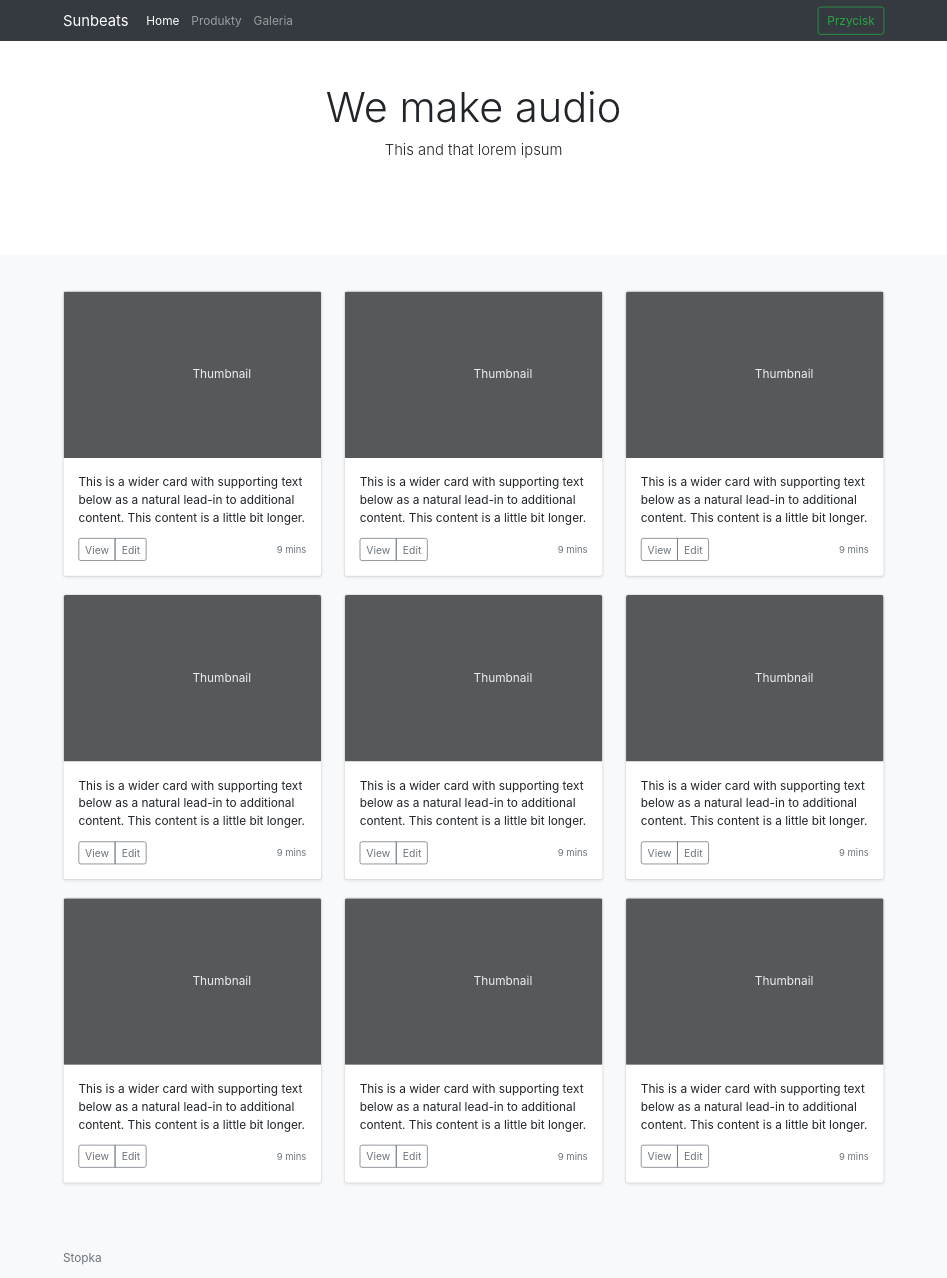
Repository: Audio-site/sunbeats
Page: index.html
These files come from the project's save history. The page is drawn as it stood at one moment and after the next save; the edit follows.
The browser window is 1280 px wide. The pictures show the whole page, at 74% of full size.

Above is the page before, as saved 2020-08-25 00:55:22.

### index.html
<!doctype html>
<html lang="en" class="h-100">
  <head>
    <meta charset="utf-8">
    <meta name="viewport" content="width=device-width, initial-scale=1, shrink-to-fit=no">
    <meta name="description" content="">
    <meta name="author" content="Mark Otto, Jacob Thornton, and Bootstrap contributors">
    <meta name="generator" content="Jekyll v4.1.1">
    <title>Sunbeats</title>

    <link rel="canonical" href="https://getbootstrap.com/docs/4.5/examples/sticky-footer-navbar/">

    <!-- Bootstrap core CSS -->
<link href="../assets/dist/css/bootstrap.min.css" rel="stylesheet">

  </head>
  <body class="d-flex flex-column h-100">
    <header>
  <!-- Fixed navbar -->
  <nav class="navbar navbar-expand-md navbar-dark fixed-top bg-dark">
    <div class="container">
    <a class="navbar-brand" href="#">Sunbeats</a>
    <button class="navbar-toggler" type="button" data-toggle="collapse" data-target="#navbarCollapse" aria-controls="navbarCollapse" aria-expanded="false" aria-label="Toggle navigation">
      <span class="navbar-toggler-icon"></span>
    </button>
    <div class="collapse navbar-collapse" id="navbarCollapse">
      <ul class="navbar-nav mr-auto">
        <li class="nav-item active">
          <a class="nav-link" href="../index.html">Home <span class="sr-only">(current)</span></a>
        </li>
        <li class="nav-item">
          <a class="nav-link" href="../products.html">Produkty</a>
        </li>
        <li class="nav-item">
          <a class="nav-link" href="#">Galeria</a>
        </li>
      </ul>
        <button class="btn btn-outline-success my-2 my-sm-0" type="submit">Przycisk</button>
    </div>
    </div>
  </nav>
</header>

<!-- Begin page content -->
<main role="main">
<div class="jumbotron jumbotron-fluid text-center my-5 bg-white">
  <div class="container">
    <h1 class="display-4">We make audio</h1>
    <p class="lead">This and that lorem ipsum</p>
  </div>
</div>

<div class="album py-5 bg-light">
  <div class="container">

    <div class="row">
      <div class="col-md-4">
        <div class="card mb-4 shadow-sm">
          <svg class="bd-placeholder-img card-img-top" width="100%" height="225" xmlns="http://www.w3.org/2000/svg" preserveAspectRatio="xMidYMid slice" focusable="false" role="img" aria-label="Placeholder: Thumbnail"><title>Placeholder</title><rect width="100%" height="100%" fill="#55595c"/><text x="50%" y="50%" fill="#eceeef" dy=".3em">Thumbnail</text></svg>
          <div class="card-body">
            <p class="card-text">This is a wider card with supporting text below as a natural lead-in to additional content. This content is a little bit longer.</p>
            <div class="d-flex justify-content-between align-items-center">
              <div class="btn-group">
                <button type="button" class="btn btn-sm btn-outline-secondary">View</button>
                <button type="button" class="btn btn-sm btn-outline-secondary">Edit</button>
              </div>
              <small class="text-muted">9 mins</small>
            </div>
          </div>
        </div>
      </div>
      <div class="col-md-4">
        <div class="card mb-4 shadow-sm">
          <svg class="bd-placeholder-img card-img-top" width="100%" height="225" xmlns="http://www.w3.org/2000/svg" preserveAspectRatio="xMidYMid slice" focusable="false" role="img" aria-label="Placeholder: Thumbnail"><title>Placeholder</title><rect width="100%" height="100%" fill="#55595c"/><text x="50%" y="50%" fill="#eceeef" dy=".3em">Thumbnail</text></svg>
          <div class="card-body">
            <p class="card-text">This is a wider card with supporting text below as a natural lead-in to additional content. This content is a little bit longer.</p>
            <div class="d-flex justify-content-between align-items-center">
              <div class="btn-group">
                <button type="button" class="btn btn-sm btn-outline-secondary">View</button>
                <button type="button" class="btn btn-sm btn-outline-secondary">Edit</button>
              </div>
              <small class="text-muted">9 mins</small>
            </div>
          </div>
        </div>
      </div>
      <div class="col-md-4">
        <div class="card mb-4 shadow-sm">
          <svg class="bd-placeholder-img card-img-top" width="100%" height="225" xmlns="http://www.w3.org/2000/svg" preserveAspectRatio="xMidYMid slice" focusable="false" role="img" aria-label="Placeholder: Thumbnail"><title>Placeholder</title><rect width="100%" height="100%" fill="#55595c"/><text x="50%" y="50%" fill="#eceeef" dy=".3em">Thumbnail</text></svg>
          <div class="card-body">
            <p class="card-text">This is a wider card with supporting text below as a natural lead-in to additional content. This content is a little bit longer.</p>
            <div class="d-flex justify-content-between align-items-center">
              <div class="btn-group">
                <button type="button" class="btn btn-sm btn-outline-secondary">View</button>
                <button type="button" class="btn btn-sm btn-outline-secondary">Edit</button>
              </div>
              <small class="text-muted">9 mins</small>
            </div>
          </div>
        </div>
      </div>

      <div class="col-md-4">
        <div class="card mb-4 shadow-sm">
          <svg class="bd-placeholder-img card-img-top" width="100%" height="225" xmlns="http://www.w3.org/2000/svg" preserveAspectRatio="xMidYMid slice" focusable="false" role="img" aria-label="Placeholder: Thumbnail"><title>Placeholder</title><rect width="100%" height="100%" fill="#55595c"/><text x="50%" y="50%" fill="#eceeef" dy=".3em">Thumbnail</text></svg>
          <div class="card-body">
            <p class="card-text">This is a wider card with supporting text below as a natural lead-in to additional content. This content is a little bit longer.</p>
            <div class="d-flex justify-content-between align-items-center">
              <div class="btn-group">
                <button type="button" class="btn btn-sm btn-outline-secondary">View</button>
                <button type="button" class="btn btn-sm btn-outline-secondary">Edit</button>
              </div>
              <small class="text-muted">9 mins</small>
            </div>
          </div>
        </div>
      </div>
      <div class="col-md-4">
        <div class="card mb-4 shadow-sm">
          <svg class="bd-placeholder-img card-img-top" width="100%" height="225" xmlns="http://www.w3.org/2000/svg" preserveAspectRatio="xMidYMid slice" focusable="false" role="img" aria-label="Placeholder: Thumbnail"><title>Placeholder</title><rect width="100%" height="100%" fill="#55595c"/><text x="50%" y="50%" fill="#eceeef" dy=".3em">Thumbnail</text></svg>
          <div class="card-body">
            <p class="card-text">This is a wider card with supporting text below as a natural lead-in to additional content. This content is a little bit longer.</p>
            <div class="d-flex justify-content-between align-items-center">
              <div class="btn-group">
                <button type="button" class="btn btn-sm btn-outline-secondary">View</button>
                <button type="button" class="btn btn-sm btn-outline-secondary">Edit</button>
              </div>
              <small class="text-muted">9 mins</small>
            </div>
          </div>
        </div>
      </div>
      <div class="col-md-4">
        <div class="card mb-4 shadow-sm">
          <svg class="bd-placeholder-img card-img-top" width="100%" height="225" xmlns="http://www.w3.org/2000/svg" preserveAspectRatio="xMidYMid slice" focusable="false" role="img" aria-label="Placeholder: Thumbnail"><title>Placeholder</title><rect width="100%" height="100%" fill="#55595c"/><text x="50%" y="50%" fill="#eceeef" dy=".3em">Thumbnail</text></svg>
          <div class="card-body">
            <p class="card-text">This is a wider card with supporting text below as a natural lead-in to additional content. This content is a little bit longer.</p>
            <div class="d-flex justify-content-between align-items-center">
              <div class="btn-group">
                <button type="button" class="btn btn-sm btn-outline-secondary">View</button>
                <button type="button" class="btn btn-sm btn-outline-secondary">Edit</button>
              </div>
              <small class="text-muted">9 mins</small>
            </div>
          </div>
        </div>
      </div>

      <div class="col-md-4">
        <div class="card mb-4 shadow-sm">
          <svg class="bd-placeholder-img card-img-top" width="100%" height="225" xmlns="http://www.w3.org/2000/svg" preserveAspectRatio="xMidYMid slice" focusable="false" role="img" aria-label="Placeholder: Thumbnail"><title>Placeholder</title><rect width="100%" height="100%" fill="#55595c"/><text x="50%" y="50%" fill="#eceeef" dy=".3em">Thumbnail</text></svg>
          <div class="card-body">
            <p class="card-text">This is a wider card with supporting text below as a natural lead-in to additional content. This content is a little bit longer.</p>
            <div class="d-flex justify-content-between align-items-center">
              <div class="btn-group">
                <button type="button" class="btn btn-sm btn-outline-secondary">View</button>
                <button type="button" class="btn btn-sm btn-outline-secondary">Edit</button>
              </div>
              <small class="text-muted">9 mins</small>
            </div>
          </div>
        </div>
      </div>
      <div class="col-md-4">
        <div class="card mb-4 shadow-sm">
          <svg class="bd-placeholder-img card-img-top" width="100%" height="225" xmlns="http://www.w3.org/2000/svg" preserveAspectRatio="xMidYMid slice" focusable="false" role="img" aria-label="Placeholder: Thumbnail"><title>Placeholder</title><rect width="100%" height="100%" fill="#55595c"/><text x="50%" y="50%" fill="#eceeef" dy=".3em">Thumbnail</text></svg>
          <div class="card-body">
            <p class="card-text">This is a wider card with supporting text below as a natural lead-in to additional content. This content is a little bit longer.</p>
            <div class="d-flex justify-content-between align-items-center">
              <div class="btn-group">
                <button type="button" class="btn btn-sm btn-outline-secondary">View</button>
                <button type="button" class="btn btn-sm btn-outline-secondary">Edit</button>
              </div>
              <small class="text-muted">9 mins</small>
            </div>
          </div>
        </div>
      </div>
      <div class="col-md-4">
        <div class="card mb-4 shadow-sm">
          <svg class="bd-placeholder-img card-img-top" width="100%" height="225" xmlns="http://www.w3.org/2000/svg" preserveAspectRatio="xMidYMid slice" focusable="false" role="img" aria-label="Placeholder: Thumbnail"><title>Placeholder</title><rect width="100%" height="100%" fill="#55595c"/><text x="50%" y="50%" fill="#eceeef" dy=".3em">Thumbnail</text></svg>
          <div class="card-body">
            <p class="card-text">This is a wider card with supporting text below as a natural lead-in to additional content. This content is a little bit longer.</p>
            <div class="d-flex justify-content-between align-items-center">
              <div class="btn-group">
                <button type="button" class="btn btn-sm btn-outline-secondary">View</button>
                <button type="button" class="btn btn-sm btn-outline-secondary">Edit</button>
              </div>
              <small class="text-muted">9 mins</small>
            </div>
          </div>
        </div>
      </div>
    </div>
  </div>
</div>

</main>


<footer class="footer mt-auto py-3 bg-light">
  <div class="container">
    <span class="text-muted">Stopka</span>
  </div>
</footer>
<script src="https://code.jquery.com/jquery-3.5.1.slim.min.js" integrity="sha384-DfXdz2htPH0lsSSs5nCTpuj/zy4C+OGpamoFVy38MVBnE+IbbVYUew+OrCXaRkfj" crossorigin="anonymous"></script>
      <script>window.jQuery || document.write('<script src="../assets/js/vendor/jquery.slim.min.js"><\/script>')</script><script src="../assets/dist/js/bootstrap.bundle.min.js"></script>
</html>

Loaded but not shown: assets/dist/css/bootstrap.min.css (library); assets/dist/js/bootstrap.bundle.min.js (library)

After the next save:
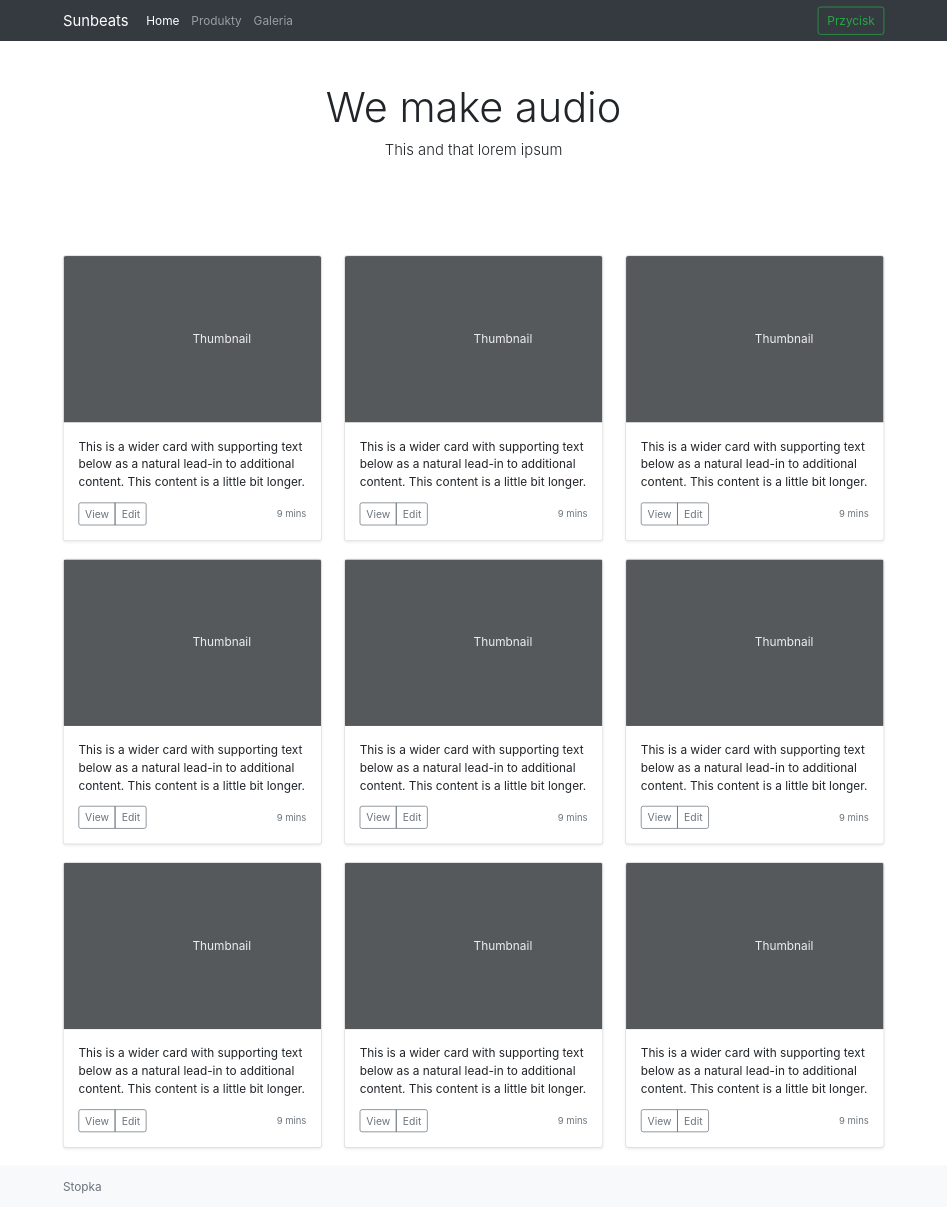
Saved 42 s later.
--- a/index.html
+++ b/index.html
@@ -50,7 +50,7 @@
   </div>
 </div>
 
-<div class="album py-5 bg-light">
+<div class="">
   <div class="container">
 
     <div class="row">
